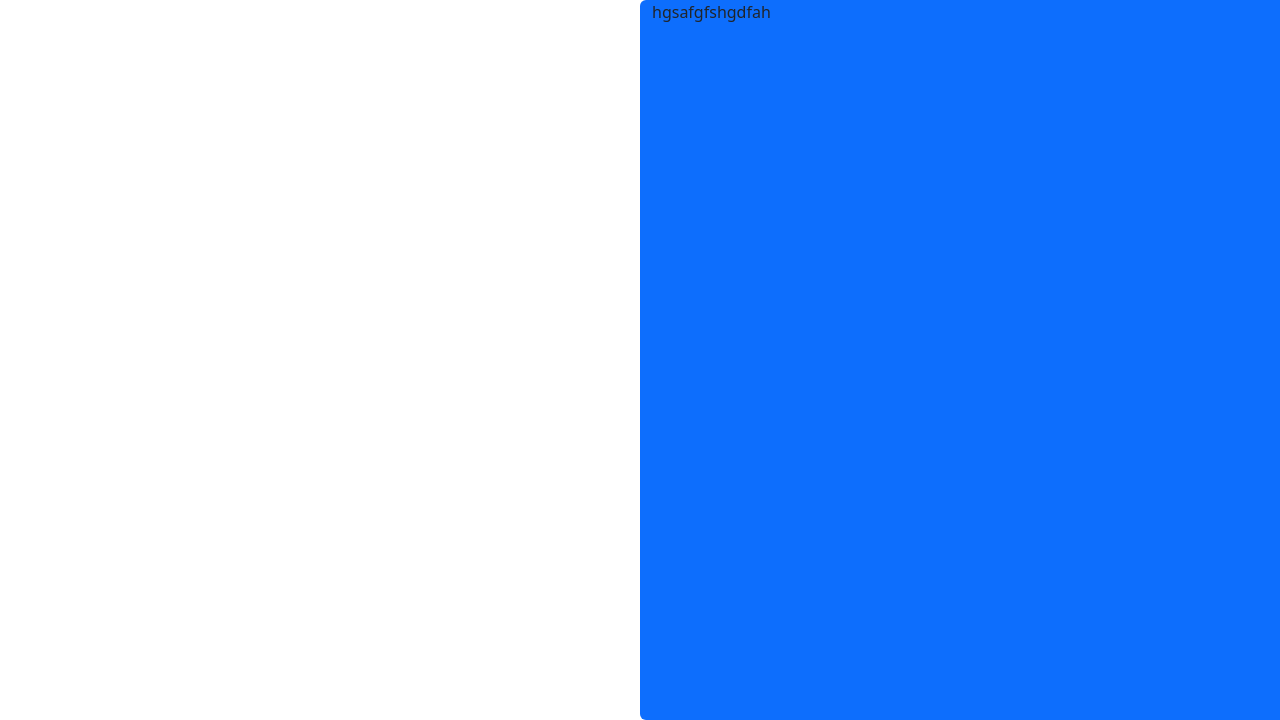
Repository: tHEO2k17/react-clean-code
Page: /#/auth/forgot_password
An editor plug-in stored every save of this project. The page is shown before and after the next save, followed by the edit.
The browser window is 1280 px wide. The pictures show the whole page.
The project was rebuilt for these pictures with package versions that can differ from the ones it lists, and the page was loaded fresh each time. Also part of the build but not shown: src/lib/presentation/layouts/main.layout.tsx.

Above is the page before, as saved 2022-11-04 16:06:48.

### src/index.tsx
import React from "react";
import ReactDOM from "react-dom/client";
import "./index.scss";
import App from "./App";
import { HashRouter } from "react-router-dom";

const root = ReactDOM.createRoot(
  document.getElementById("root") as HTMLElement
);
root.render(
  <React.StrictMode>
    <HashRouter basename="/">
      <App />
    </HashRouter>
  </React.StrictMode>
);

### src/index.scss
@import url(bootstrap/scss/bootstrap.scss);

### src/App.tsx
import React from "react";
import AppRouting from "./lib/core/routing/app.routing";

function App() {
  return <AppRouting />;
}

export default App;

### src/lib/core/routing/app.routing.tsx
import { Navigate, Route, Routes } from "react-router-dom";
import AuthLayout from "../../presentation/layouts/auth.layout";
import MainLayout from "../../presentation/layouts/main.layout";
import ForgotPasswordPage from "../../presentation/pages/auth/forgot_password.page";
import LoginPage from "../../presentation/pages/auth/login.page";

const AppRouting = () => (
  <Routes>
    {/* Auth Routes */}
    <Route path="auth" element={<AuthLayout />}>
      <Route index element={<Navigate replace to="login" />} />
      <Route path="login" element={<LoginPage />} />
      <Route path="forgot_password" element={<ForgotPasswordPage />} />
    </Route>

    {/* Main Routes */}
    <Route path="/" element={<MainLayout />}>
      <Route index element={<Navigate replace to="home" />} />
      <Route path="home" element={<h1> Obra </h1>} />
    </Route>

    {/* Not found */}
    <Route
      path="*"
      element={
        <h1 className="text-center text-muted">
          You have hit the end of the road!
        </h1>
      }
    />
  </Routes>
);
export default AppRouting;

### src/lib/presentation/layouts/auth.layout.tsx
import { Col, Container, Row } from "react-bootstrap";
import { Outlet } from "react-router-dom";

const AuthLayout = () => {
  return (
    <Container className="min-vh-100" fluid>
      <Row className="min-vh-100 align-items-center">
        <Col>
          <Outlet/>
        </Col>
        <Col className="bg-primary min-vh-100 rounded-start">
        hgsafgfshgdfah
        </Col>
      </Row>
    </Container>
  );
};

export default AuthLayout;

### src/lib/presentation/pages/auth/forgot_password.page.tsx
const ForgotPasswordPage = () => {};
export default ForgotPasswordPage;

### src/lib/presentation/pages/auth/login.page.tsx
const LoginPage = () => {

  return( <h1>Login</h1> );
};
export default LoginPage();

Loaded but not shown: public/index.html (common file)

After the next save:
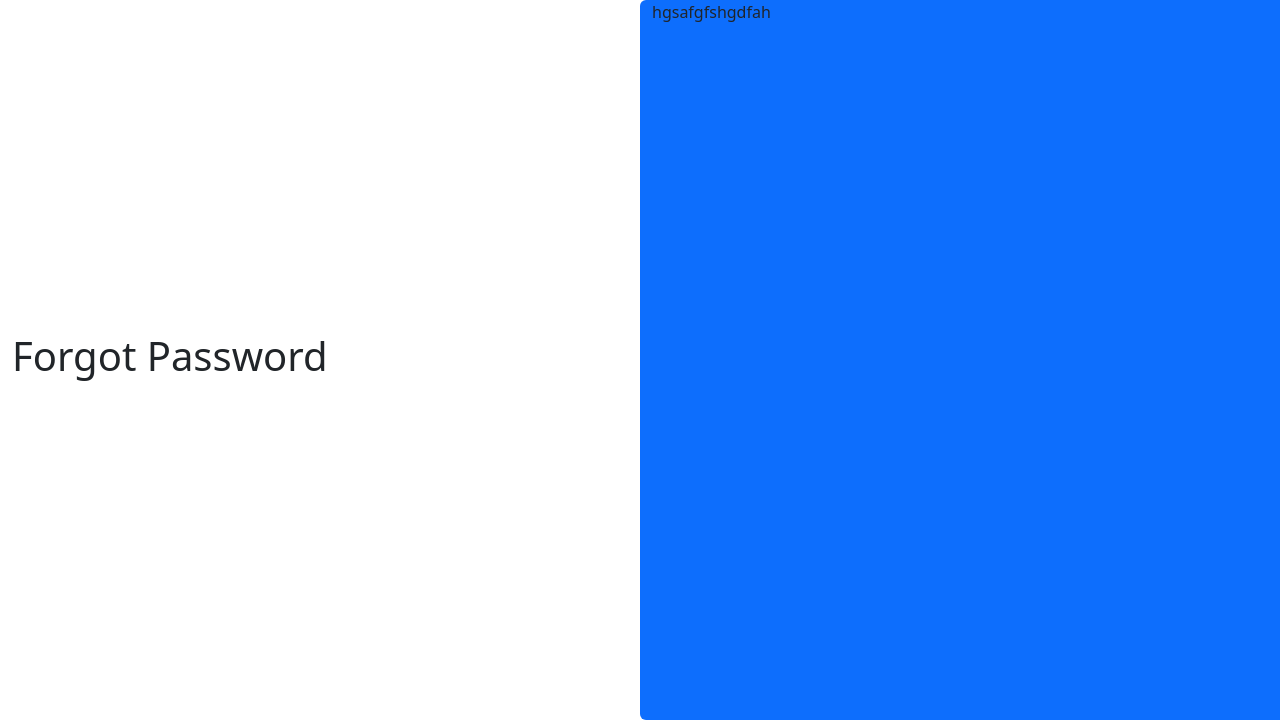
Saved 18 s later.
--- a/src/lib/presentation/pages/auth/forgot_password.page.tsx
+++ b/src/lib/presentation/pages/auth/forgot_password.page.tsx
@@ -1,2 +1,4 @@
-const ForgotPasswordPage = () => {};
+const ForgotPasswordPage = () => {
+  return ( <h1>Forgot Password</h1> );
+};
 export default ForgotPasswordPage;
